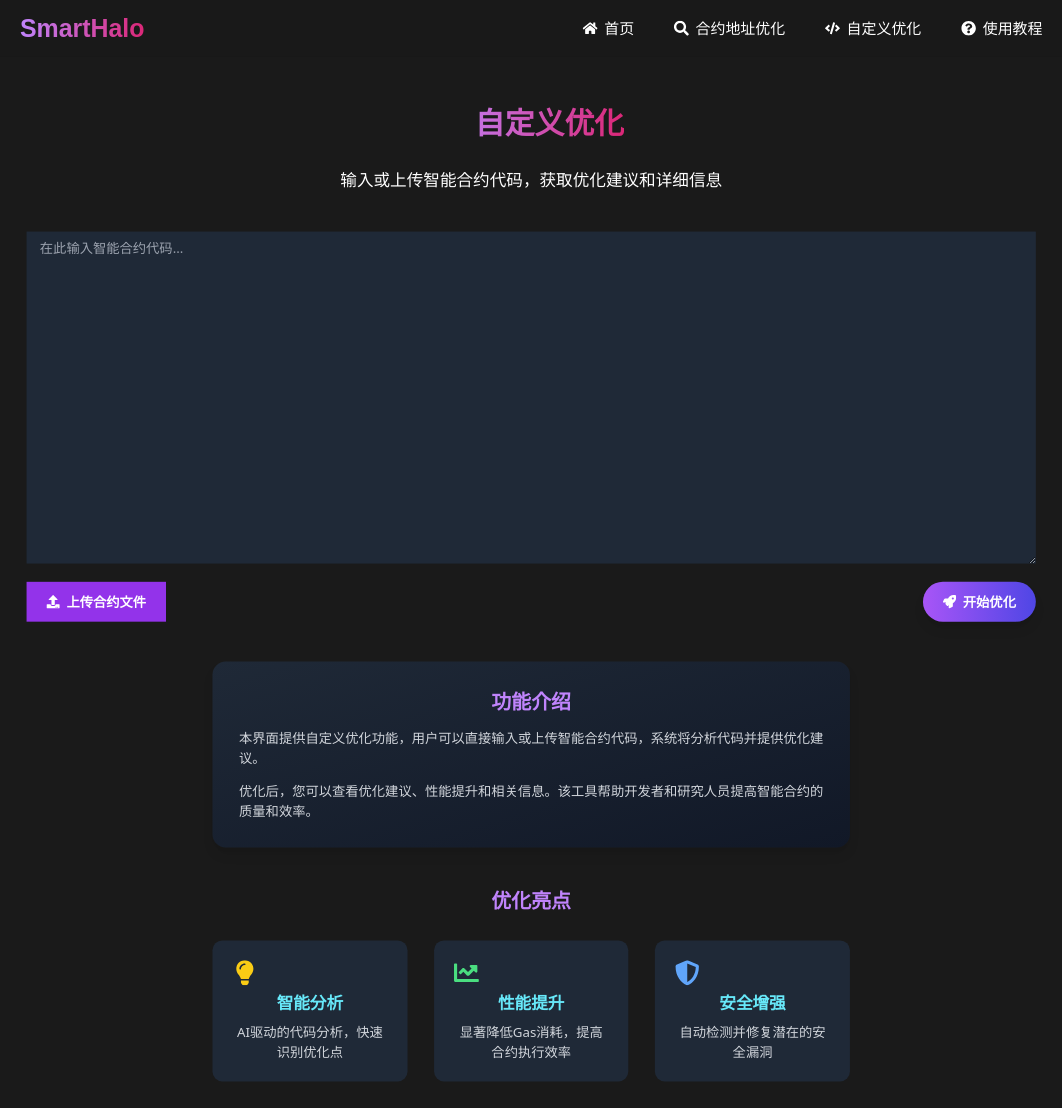
Repository: RunnerQuan/smart-halo
Page: /custom-optimization
An editor plug-in stored every save of this project. The page is shown before and after the next save, followed by the edit.
The browser window is 1280 px wide. The pictures show the whole page, at 83% of full size.
The project was rebuilt for these pictures with package versions that can differ from the ones it lists, and the page was loaded fresh each time. The framework's server and built-in components were replaced by stand-ins that run in the browser. Also part of the build but not shown: next.config.mjs.

Above is the page before, as saved 2024-10-18 14:00:45.

After the next save:
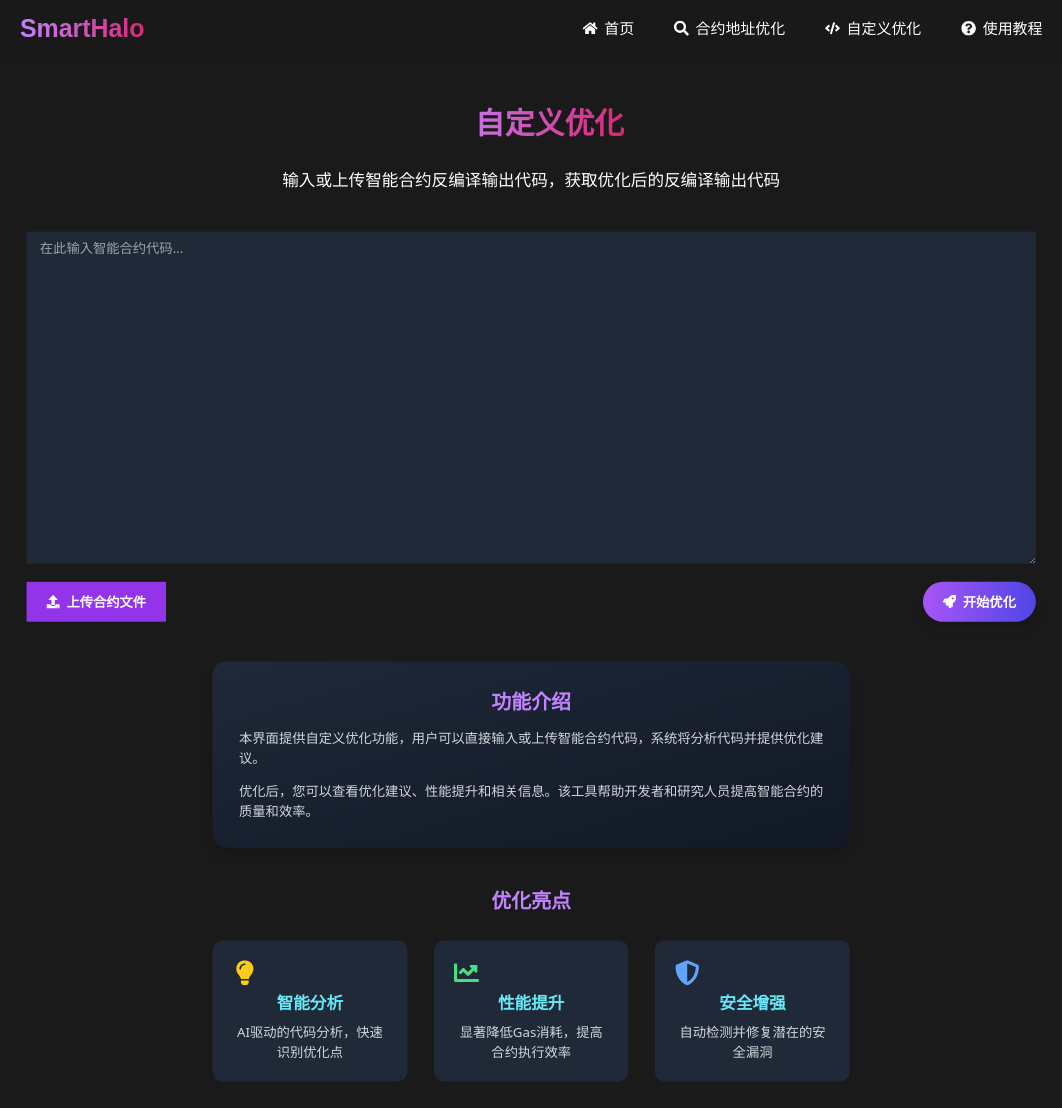
Saved 3 min 43 s later.
--- a/app/custom-optimization/page.tsx
+++ b/app/custom-optimization/page.tsx
@@ -39,7 +39,7 @@ export default function CustomOptimization() {
           animate={{ opacity: 1 }}
           transition={{ duration: 0.5, delay: 0.2 }}
         >
-          输入或上传智能合约代码，获取优化建议和详细信息
+          输入或上传智能合约反编译输出代码，获取优化后的反编译输出代码
         </motion.p>
 
         <motion.div
